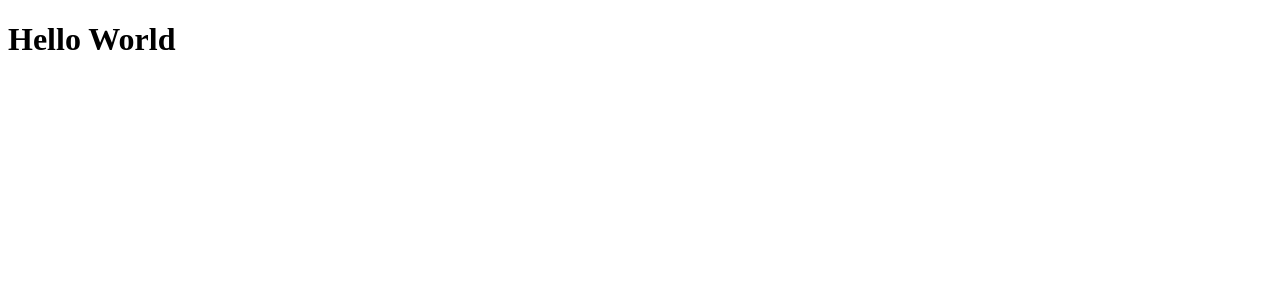
Repository: pavan-codeater/Spring-Projects
Page: http://localhost/spring-security-demo-03-custom-login-bootstrap/
An editor plug-in stored every save of this project. The page is shown before and after the next save, followed by the edit.
The browser window is 1280 px wide. The pictures show the whole page.
The page is served by Tomcat 9. Other server files are loaded and not shown.

Above is the page before, as saved 2023-03-12 05:40:05.

### spring-security-demo-03-custom-login-bootstrap/src/main/webapp/WEB-INF/view/home.jsp
<%@ page language="java" contentType="text/html; charset=ISO-8859-1"
    pageEncoding="ISO-8859-1"%>
<!DOCTYPE html>
<html>
<head>
<meta charset="ISO-8859-1">
<title>Insert title here</title>
</head>
<body>

<h1>Hello World</h1>
</body>
</html>

After the next save:
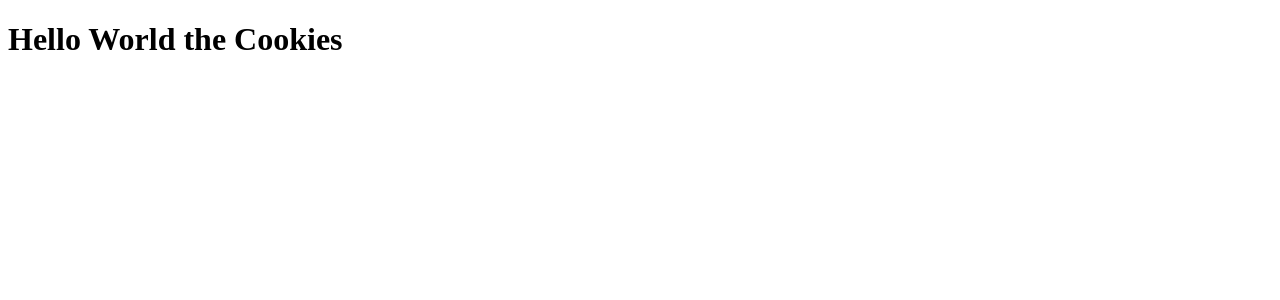
Saved 49 min 14 s later.
--- a/spring-security-demo-03-custom-login-bootstrap/src/main/webapp/WEB-INF/view/home.jsp
+++ b/spring-security-demo-03-custom-login-bootstrap/src/main/webapp/WEB-INF/view/home.jsp
@@ -8,6 +8,6 @@
 </head>
 <body>
 
-<h1>Hello World</h1>
+<h1>Hello World the Cookies</h1>
 </body>
 </html>
